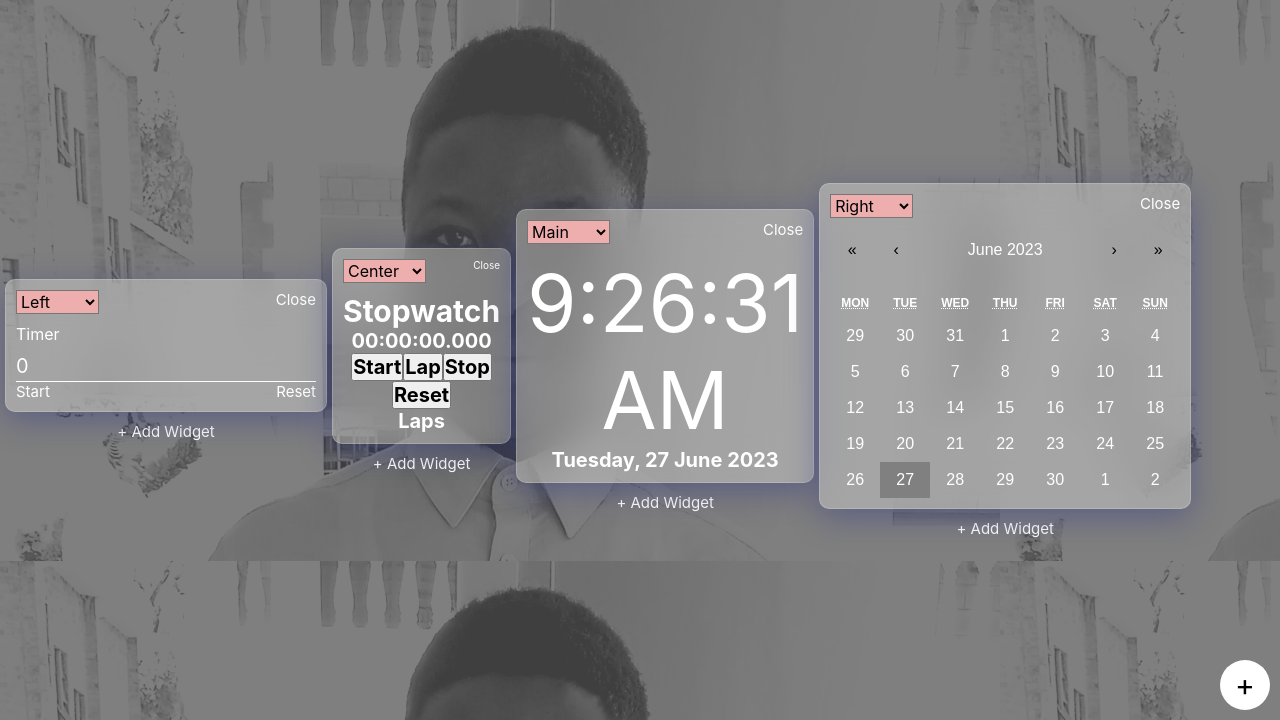
Repository: Angera-Silas/Planner-app
Page: /
These files come from the project's save history. The page is drawn as it stood at one moment and after the next save; the edit follows.
The browser window is 1280 px wide. The pictures show the whole page.
The project was rebuilt for these pictures with package versions that can differ from the ones it lists, and the page was loaded fresh each time. Also part of the build but not shown: src/widgets/ReminderListWidget.js, src/modals/WidgetGalleryModal.js.

Above is the page before, as saved 2023-06-27 18:38:15.

After the next save:
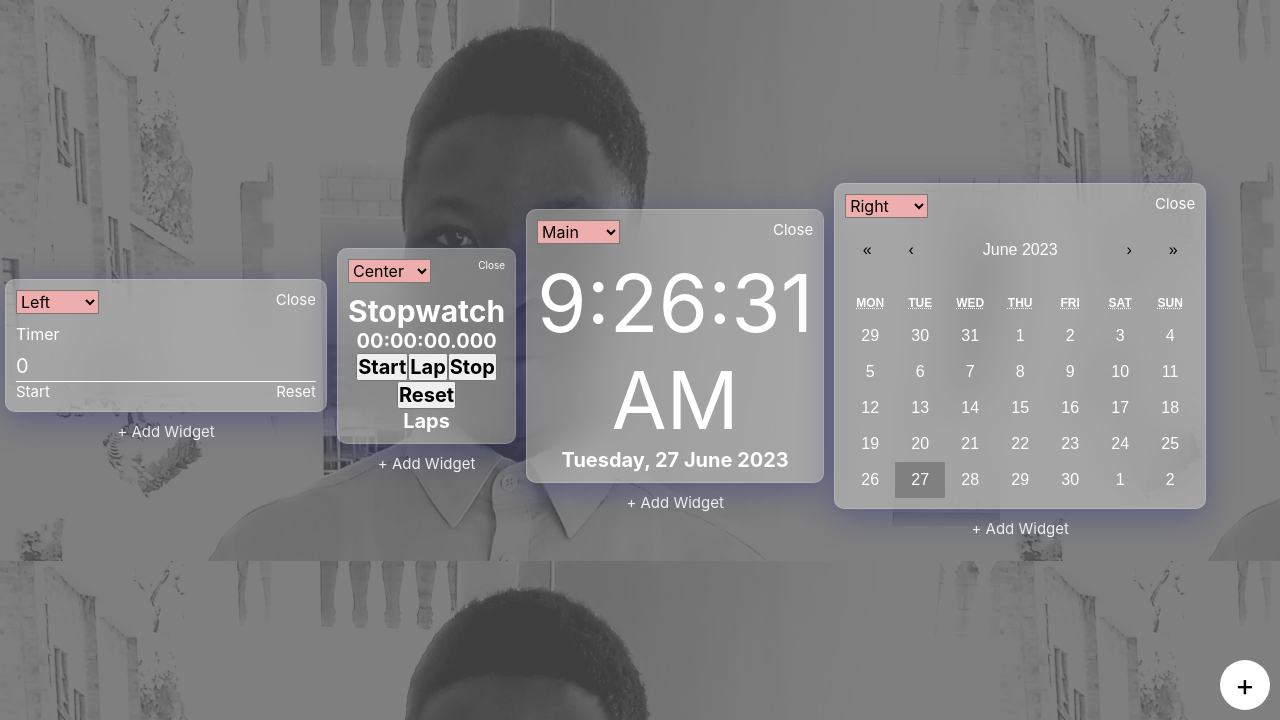
Saved 8 min 36 s later.
--- a/src/App.css
+++ b/src/App.css
@@ -13,7 +13,7 @@
   flex-direction: row;
   align-items: flex-start;
   justify-content: space-between;
-  gap: 5px;
+  gap: 10px;
   width: 100vh;
   padding: 5px;
   max-height: 100vh;
